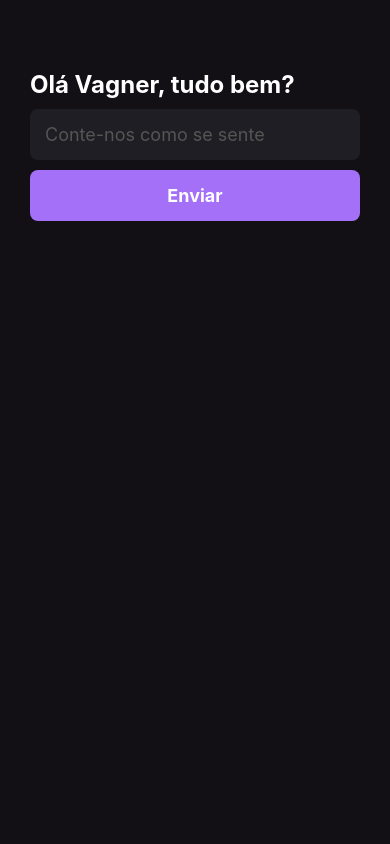
Repository: vagnereix/01-myskills-trilha-react-native
Screen: /
These files come from the project's save history. The screen is drawn as it stood at one moment and after the next save; the edit follows.
The app was drawn by React Native's web renderer in a window 390 px wide. The project was rebuilt for these pictures with package versions that can differ from the ones it lists, and the page was loaded fresh each time.

Above is the screen before, as saved 2021-06-17 17:45:28.

After the next save:
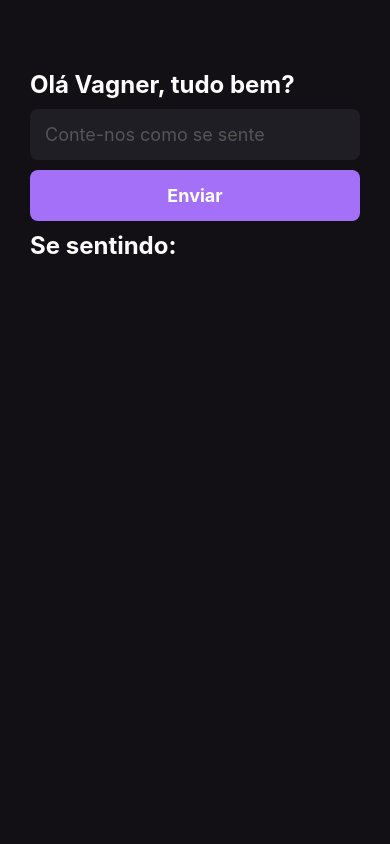
Saved 3 min 13 s later.
--- a/pages/home.tsx
+++ b/pages/home.tsx
@@ -24,15 +24,17 @@ export function Home() {
         <Text style={styles.title}>Olá Vagner, tudo bem?</Text>
 
         <TextInput
-            // onChange={event => handleChange(event.target.value)}
-            style={styles.input}
-            placeholder="Conte-nos como se sente"
-            placeholderTextColor="#555"
+          // onChange={event => handleChange(event.target.value)}
+          style={styles.input}
+          placeholder="Conte-nos como se sente"
+          placeholderTextColor="#555"
         />
 
         <TouchableOpacity style={styles.touch} onPress={handleClick}>
-            <Text style={styles.touchText}>Enviar</Text>
+          <Text style={styles.touchText}>Enviar</Text>
         </TouchableOpacity>
+
+        <Text style={[styles.title, {marginTop: 10}]}>Se sentindo:</Text>
       </View>
     );
 }
